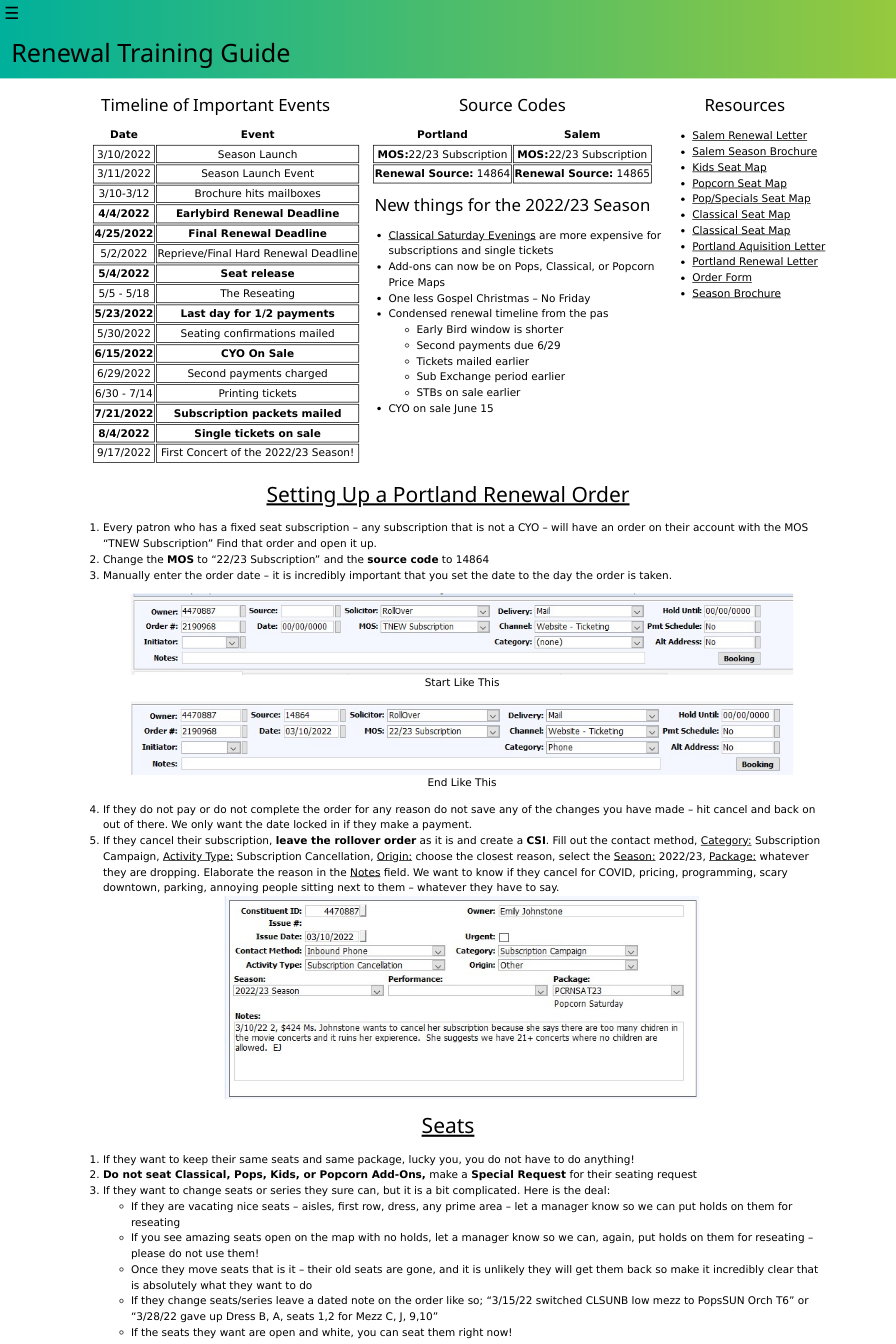
Repository: muesinga/renewal-training
Page: home.html
These files come from the project's save history. The page is drawn as it stood at one moment and after the next save; the edit follows.
The browser window is 1280 px wide. The pictures show the part of the page from y = 0 to 1920 px (the page is 10728 px tall), at 70% of full size.

Above is the page before, as saved 2022-03-14 20:20:36.

After the next save:
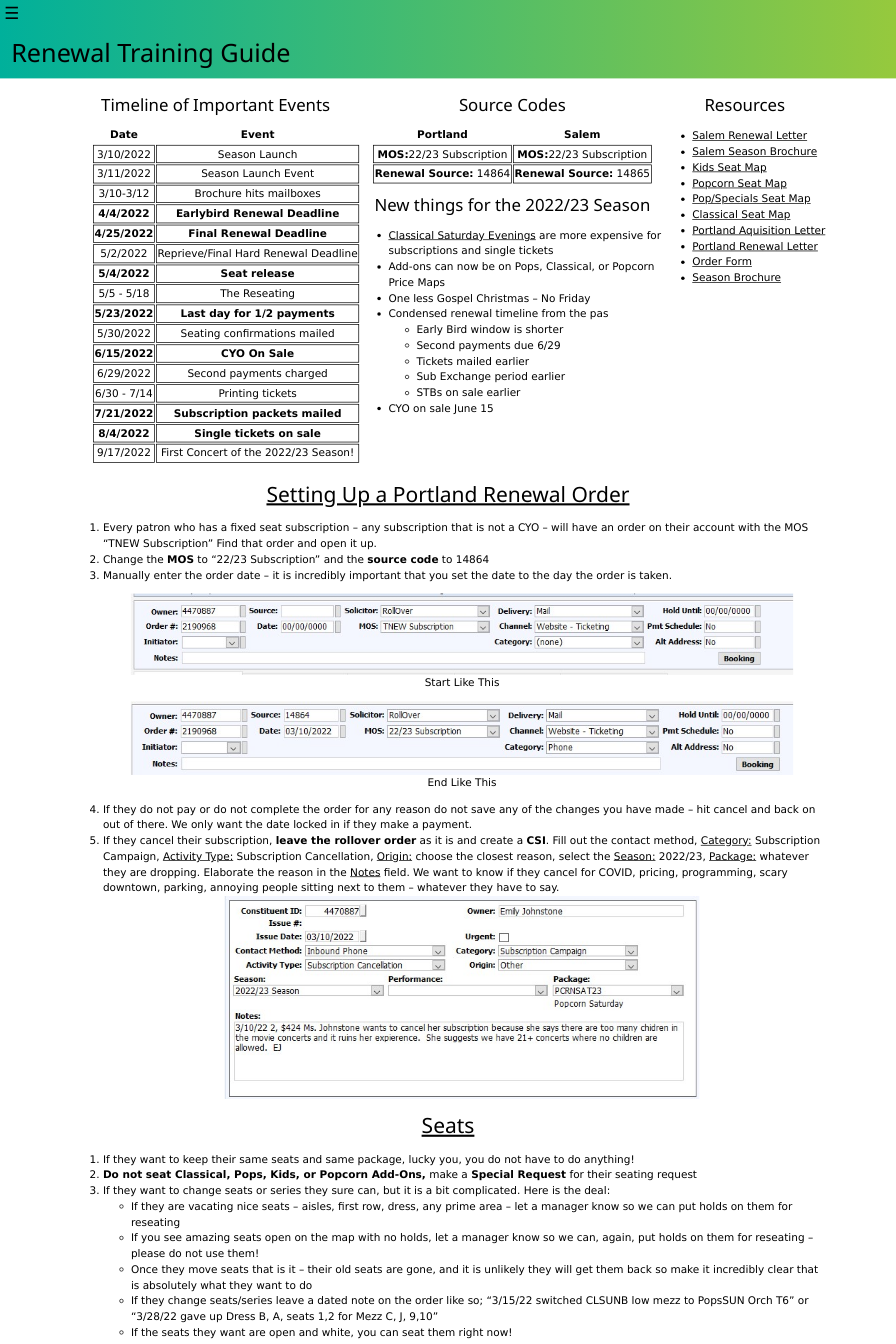
Saved 57 s later.
--- a/home.html
+++ b/home.html
@@ -145,7 +145,6 @@
       <li><a href="assets/pdf/popcorn-seat-map.pdf" target="_blank">Popcorn Seat Map</a></li>
       <li><a href="assets/pdf/pop-special-seat-map.pdf" target="_blank">Pop/Specials Seat Map</a></li>
       <li><a href="assets/pdf/classical-seat-map.pdf" target="_blank">Classical Seat Map</a></li>
-      <li><a href="assets/pdf/classical-seat-map.pdf" target="_blank">Classical Seat Map</a></li>
       <li><a href="assets/pdf/portland-acquisition-letter.pdf" target="_blank">Portland Aquisition Letter</a></li>
       <li><a href="assets/pdf/portland-renewal-letter.pdf" target="_blank">Portland Renewal Letter</a></li>
       <li><a href="assets/pdf/order-form.pdf" target="_blank">Order Form</a></li>
